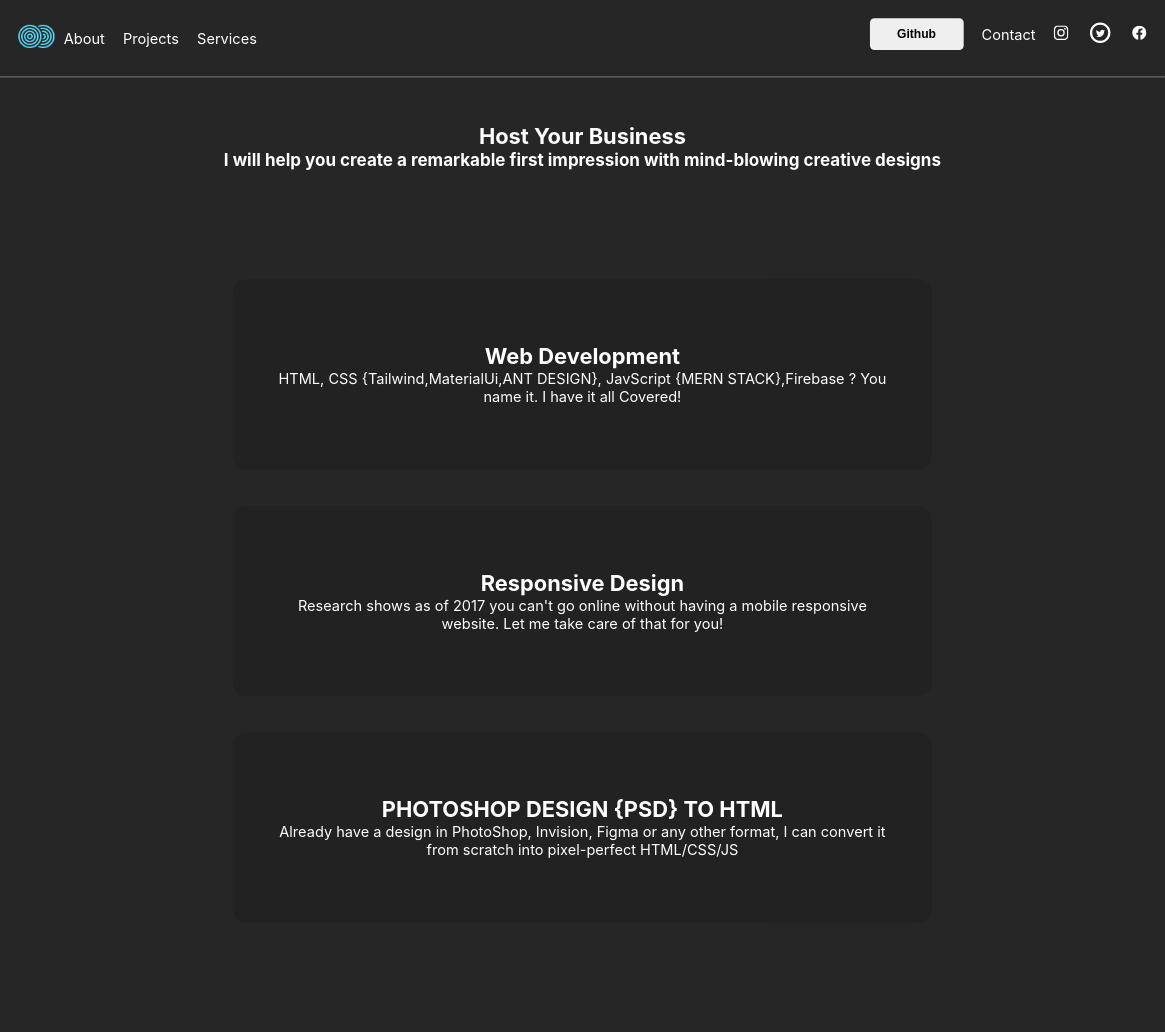
Repository: uh-sman/Portfolio
Page: /services
An editor plug-in stored every save of this project. The page is shown before and after the next save, followed by the edit.
The browser window is 1280 px wide. The pictures show the whole page, at 91% of full size.
The pointer rests on the first visible `.head`.
The project was rebuilt for these pictures with package versions that can differ from the ones it lists, and the page was loaded fresh each time. Also part of the build but not shown: src/components/about.css, src/components/repositories.css, src/components/RepositoriesCard.jsx, src/components/About.jsx, src/components/projects.css, src/components/Projects.jsx.

Above is the page before, as saved 2022-12-01 21:54:39.

After the next save:
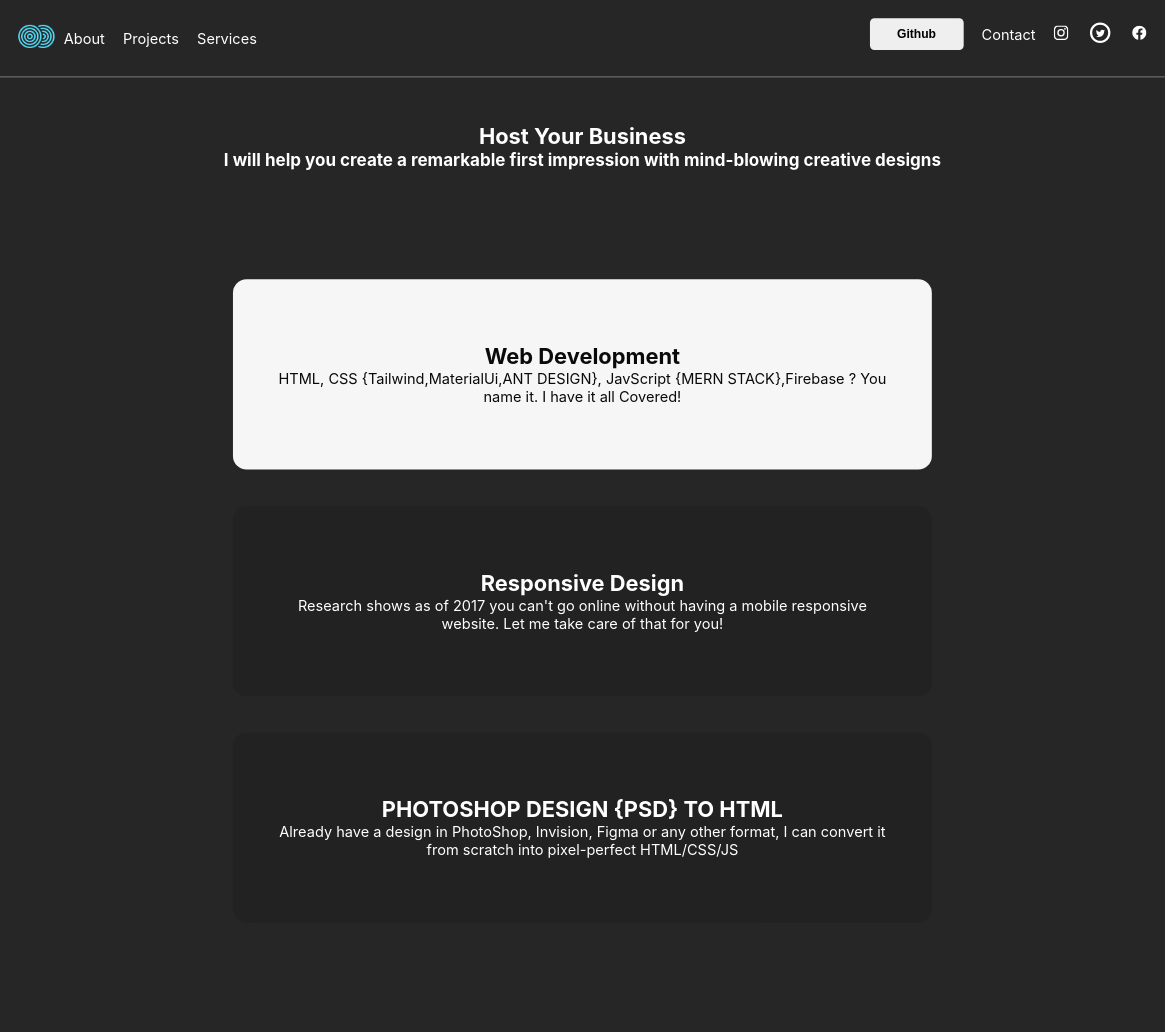
Saved 89 s later.
--- a/src/components/services.css
+++ b/src/components/services.css
@@ -22,3 +22,8 @@
   padding: 70px 50px;
   border-radius: 15px;
 }
+.head:hover {
+  background: white;
+  transition: 2s;
+  color: black;
+}
